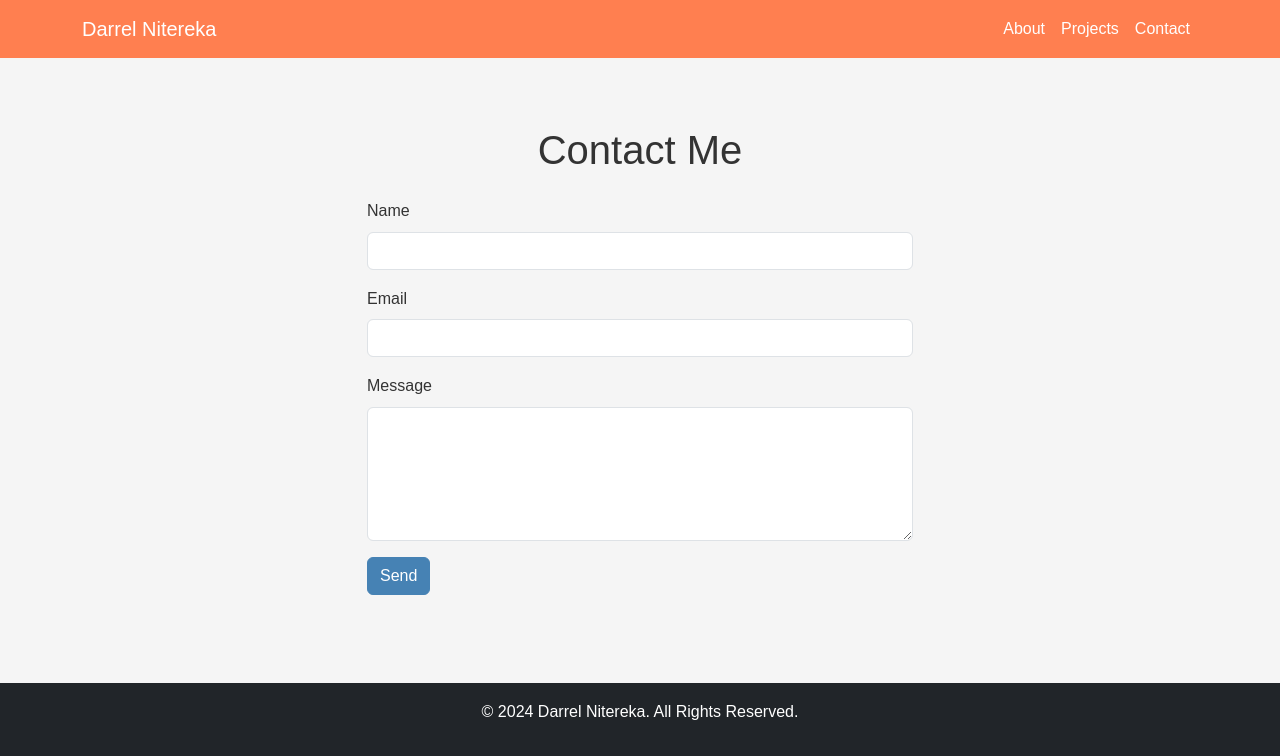
Repository: DarrelN15/DarrelN15.github.io
Page: contact.html
The author's editor kept a copy of each file at every save. The page is drawn from the files as they stood at one save, then again after the next save.
The browser window is 1280 px wide. The pictures show the whole page.

Above is the page before, as saved 2025-01-28 17:15:03.

After the next save:
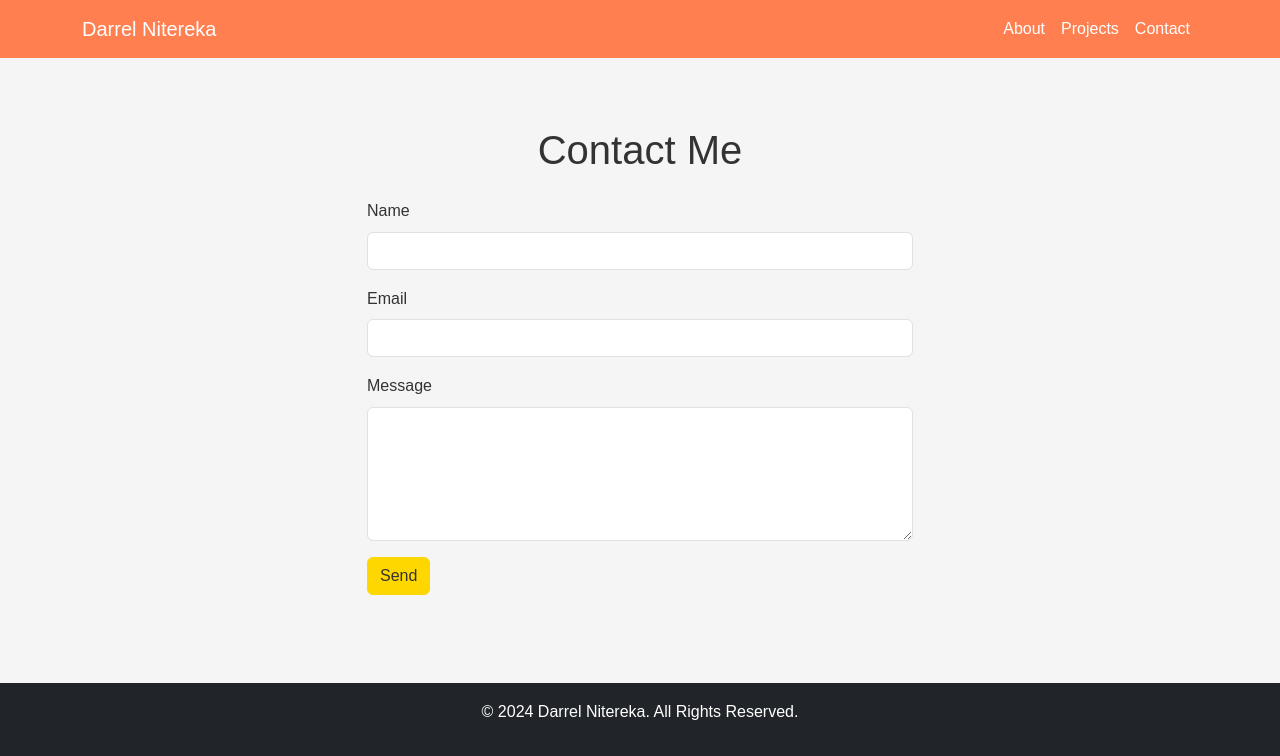
Saved 2 min 27 s later.
--- a/css/styles.css
+++ b/css/styles.css
@@ -1,4 +1,4 @@
-/* Warm and Inviting Color Scheme */
+/* Warm and Inviting Color Scheme with Gold Accent */
 body {
   background-color: #F5F5F5;
   color: #333333;
@@ -26,13 +26,14 @@ header {
 }
 
 .btn-primary {
-  background-color: #4682B4; /* Steel Blue */
-  border-color: #4682B4;
+  background-color: #FFD700; /* Gold */
+  border-color: #FFD700;
+  color: #333333; /* Dark text for better contrast */
 }
 
 .btn-primary:hover {
-  background-color: #357ABD; /* Slightly darker blue */
-  border-color: #357ABD;
+  background-color: #FFC107; /* Slightly darker gold */
+  border-color: #FFC107;
 }
 
 .card {
